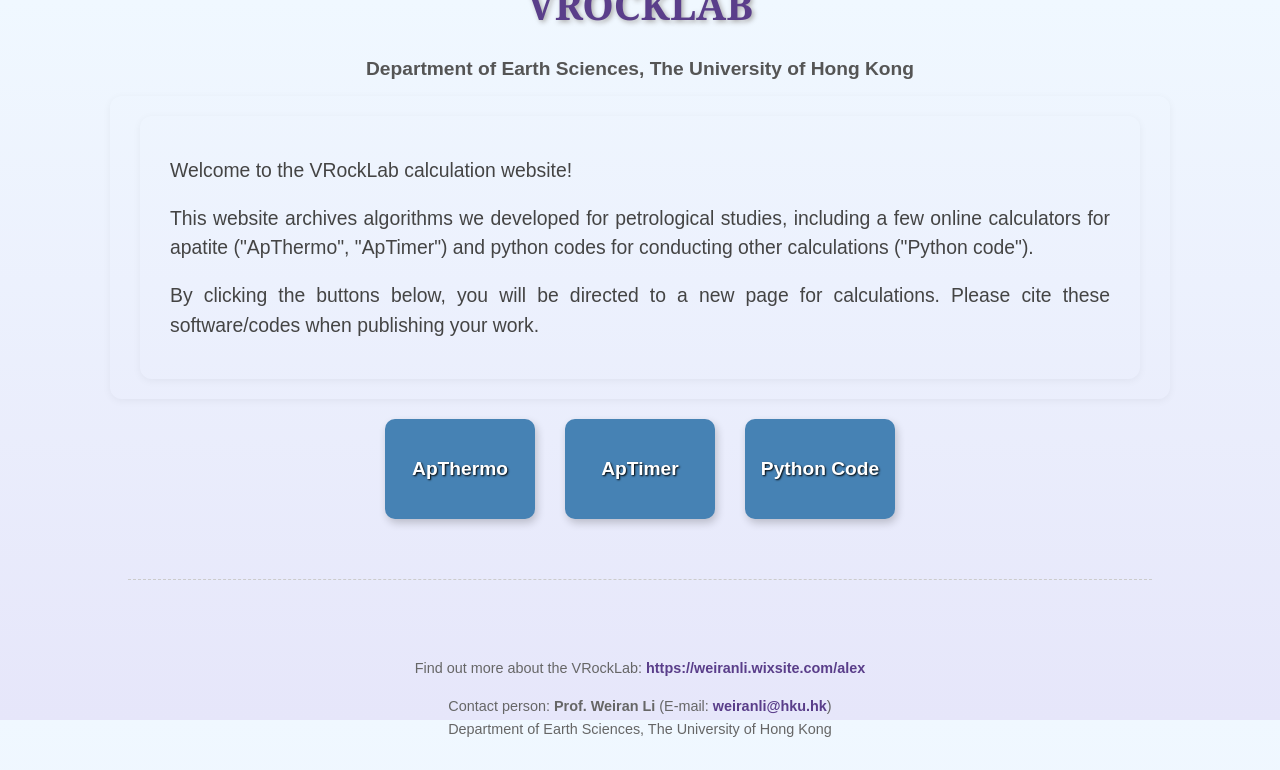
Repository: Abyss2019/home_page
Page: index.html
The author's editor kept a copy of each file at every save. The page is drawn from the files as they stood at one save, then again after the next save.
The browser window is 1280 px wide. The pictures show the whole page.

Above is the page before, as saved 2025-04-06 10:38:55.

After the next save:
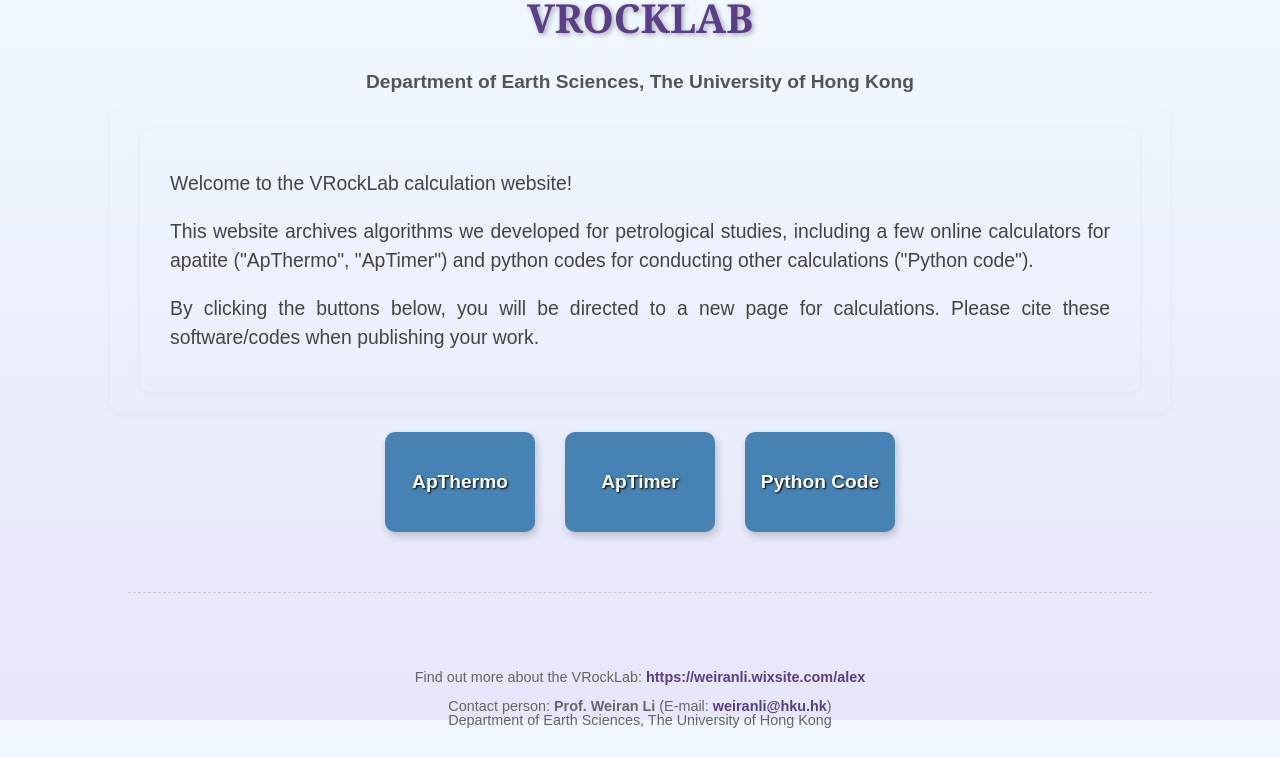
Saved 8 s later.
--- a/index.html
+++ b/index.html
@@ -90,7 +90,7 @@
         padding: 15px 0;
         text-align: center;
         color: #666;
-        line-height: 1.6
+        line-height: 1
         }
 
         footer a {
